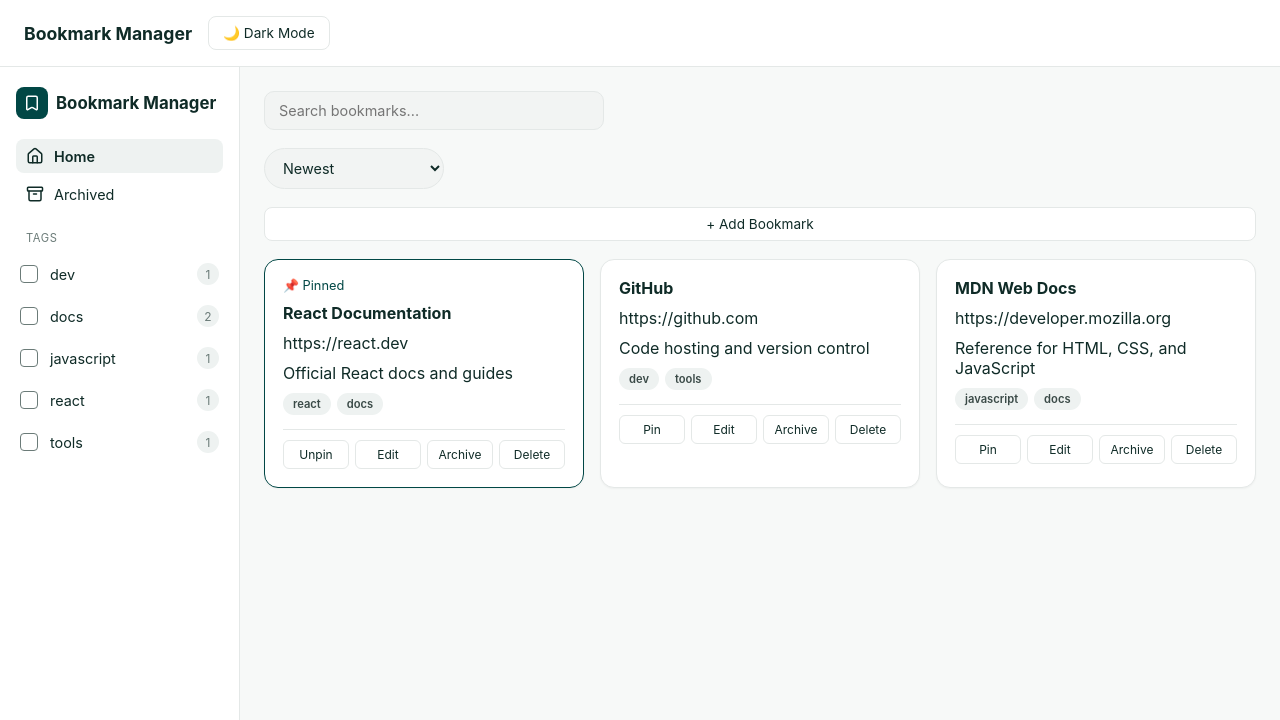
Repository: K0k1M4r/Big-Game-React
Page: /
These files come from the project's save history. The page is drawn as it stood at one moment and after the next save; the edit follows.
The browser window is 1280 px wide. The pictures show the whole page.
The project was rebuilt for these pictures with package versions that can differ from the ones it lists, and the page was loaded fresh each time. Also part of the build but not shown: vite.config.js, src/components/Modal.jsx, src/components/BookmarkForm.jsx.

Above is the page before, as saved 2026-09-23 02:52:27.

After the next save:
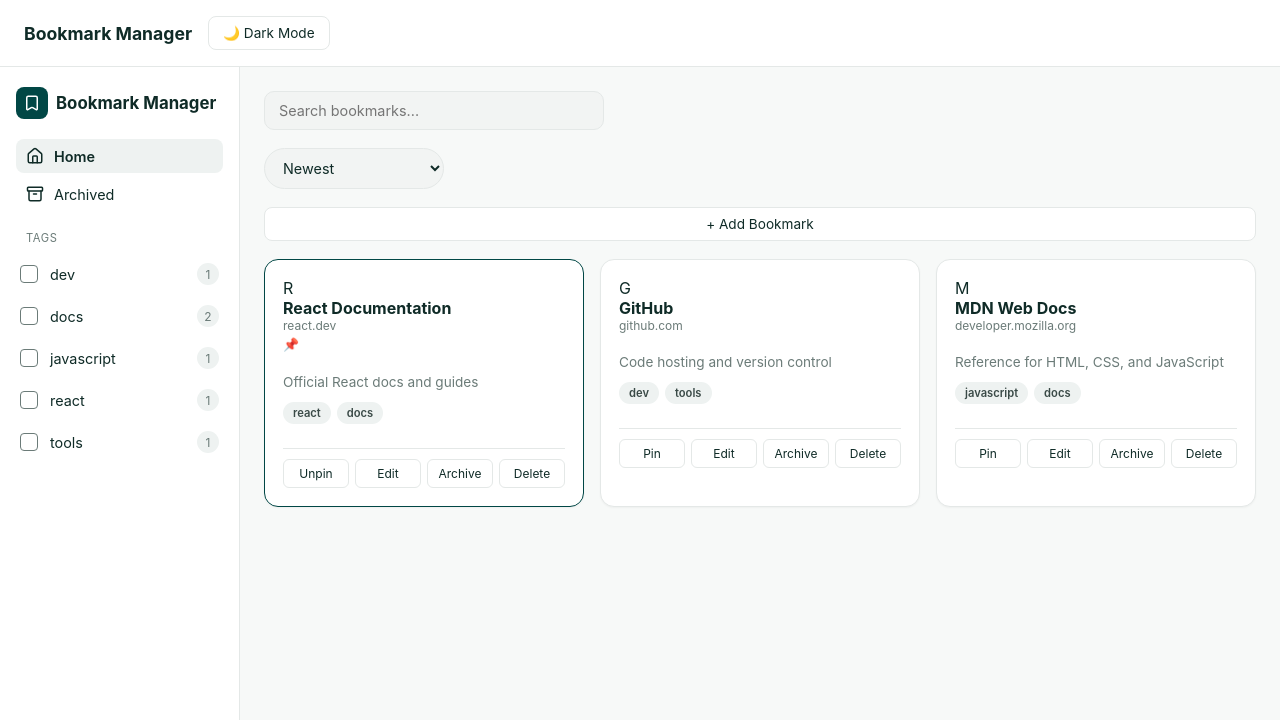
Saved 2 min 34 s later.
--- a/src/components/BookmarkCard.jsx
+++ b/src/components/BookmarkCard.jsx
@@ -1,13 +1,36 @@
 import TagList from "./TagList";
 
+function getInitial(title) {
+  return title.charAt(0).toUpperCase();
+}
+
 function BookmarkCard({ bookmark, onEdit, onDelete, onTogglePin, onToggleArchive }) {
+  let domain = "";
+  try {
+    domain = new URL(bookmark.url).hostname.replace("www.", "");
+  } catch {
+    domain = bookmark.url;
+  }
+
   return (
     <div className={`bookmark-card ${bookmark.pinned ? "pinned" : ""}`}>
-      {bookmark.pinned && <span className="pin-badge">📌 Pinned</span>}
-      <h3>{bookmark.title}</h3>
-      <p>{bookmark.url}</p>
-      <p>{bookmark.description}</p>
+      <div className="bookmark-card-header">
+        <div className="bookmark-favicon">{getInitial(bookmark.title)}</div>
+        <div className="bookmark-title-group">
+          <h3>{bookmark.title}</h3>
+          <p className="bookmark-domain">{domain}</p>
+        </div>
+        {bookmark.pinned && <span className="pin-badge">📌</span>}
+      </div>
+
+      <div className="bookmark-divider" />
+
+      <p className="description">{bookmark.description}</p>
+
       <TagList tags={bookmark.tags} />
+
+      <div className="bookmark-divider" />
+
       <div className="card-actions">
         <button onClick={() => onTogglePin(bookmark.id)}>
           {bookmark.pinned ? "Unpin" : "Pin"}
